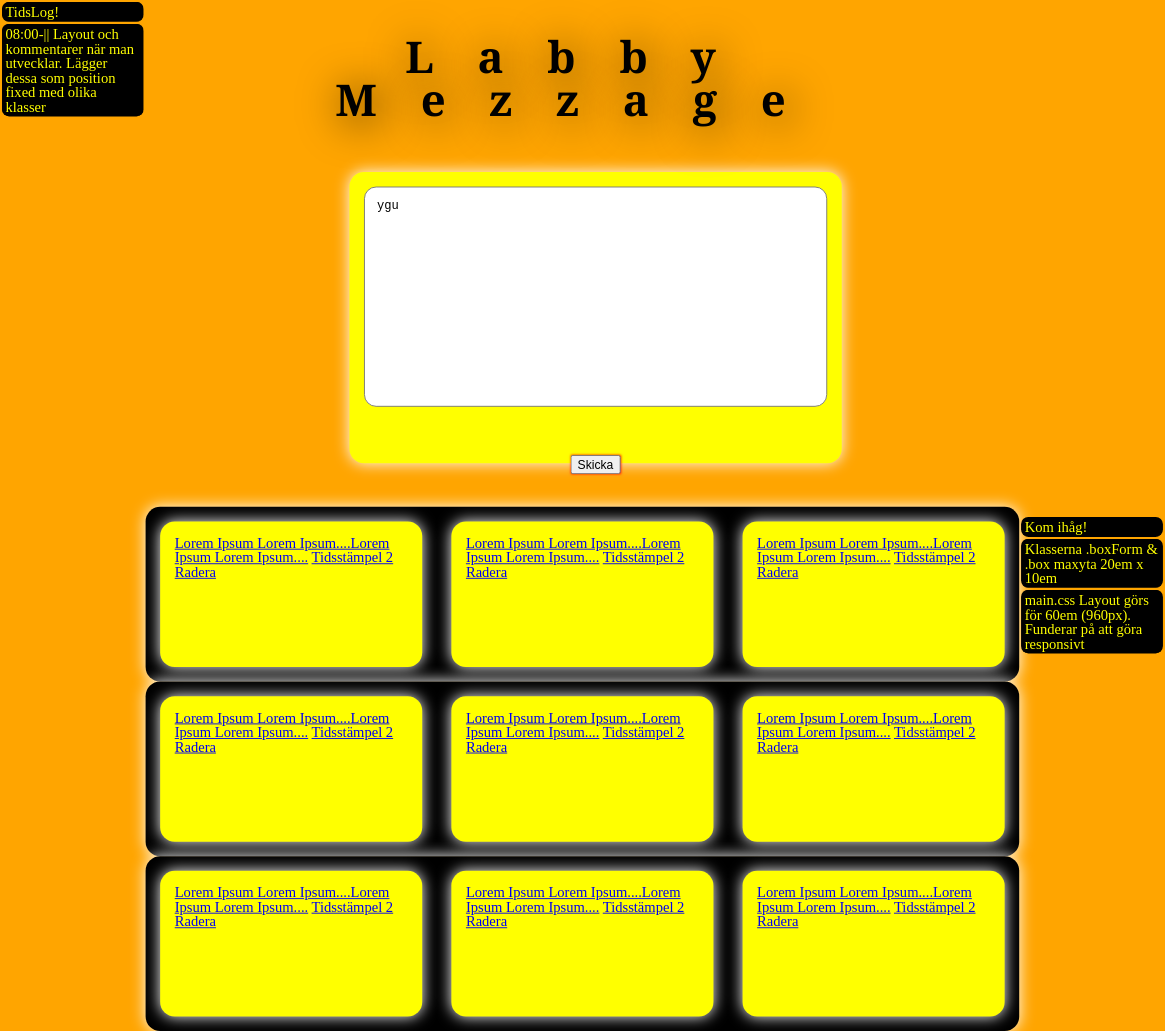
Repository: AndreasAnemyrLNU/1dv403-laborationer-AA223IG
Page: 2-labbymezzage/index.html
The author's editor kept a record of every edit. The page is drawn from the files as they stood at one moment, then again after the next edit.
The browser window is 1280 px wide. The pictures show the whole page, at 91% of full size.

Above is the page before.

### 2-labbymezzage/index.html
<!DOCTYPE html>
<html lang="sv">
    <head>
        <link rel="stylesheet" href="css/main.css" type="text/css" />
        <meta charset="utf-8">
    </head>
    <body>
<!--******************************************************************************************-->
<!--******************************************************************************************-->
        <div class="z fixedRight fixedBottom">
            <p>Kom ihåg!</p>
            <p>Klasserna .boxForm & .box maxyta 20em x 10em</p>
            <p>main.css Layout görs för 60em (960px). Funderar på att göra responsivt</p>
        </div>

        <div class="z">
            <p>TidsLog!</p>
            <p>08:00-|| Layout och kommentarer när man utvecklar. Lägger dessa som position fixed med olika klasser</p>
        </div>
<!--******************************************************************************************-->
<!--******************************************************************************************-->

        <div id="Wrapper">

                <h1>Labby Mezzage</h1>

                <div class="formContainer">
                    <div class="boxForm">
                        <form id="messageForm">
                            <textarea>ygu</textarea>
                            <input id="submit" type="submit" value="Skicka"/>
                        </form>
                    </div>
                </div>

                <div class="messageBoard">

                    <div class="messageContainer">

                        <div class="box">
                            <article class="message">
                                <a class="message block" href="#">Lorem Ipsum Lorem Ipsum....Lorem Ipsum Lorem Ipsum....</a>
                                <a href="#">Tidsstämpel 2 </a><a href="#">Radera</a>
                            </article>
                        </div>

                        <div class="box">
                            <article class="message">
                                <a class="message block" href="#">Lorem Ipsum Lorem Ipsum....Lorem Ipsum Lorem Ipsum....</a>
                                <a href="#">Tidsstämpel 2 </a><a href="#">Radera</a>
                            </article>
                        </div>

                        <div class="box">
                            <article class="message">
                                <a class="message block" href="#">Lorem Ipsum Lorem Ipsum....Lorem Ipsum Lorem Ipsum....</a>
                                <a href="#">Tidsstämpel 2 </a><a href="#">Radera</a>
                            </article>
                        </div>

                    </div>

                    <div class="messageContainer">

                        <div class="box">
                            <article class="message">
                                <a class="message block" href="#">Lorem Ipsum Lorem Ipsum....Lorem Ipsum Lorem Ipsum....</a>
                                <a href="#">Tidsstämpel 2 </a><a href="#">Radera</a>
                            </article>
                        </div>

                        <div class="box">
                            <article class="message">
                                <a class="message block" href="#">Lorem Ipsum Lorem Ipsum....Lorem Ipsum Lorem Ipsum....</a>
                                <a href="#">Tidsstämpel 2 </a><a href="#">Radera</a>
                            </article>
                        </div>

                        <div class="box">
                            <article class="message">
                                <a class="message block" href="#">Lorem Ipsum Lorem Ipsum....Lorem Ipsum Lorem Ipsum....</a>
                                <a href="#">Tidsstämpel 2 </a><a href="#">Radera</a>
                            </article>
                        </div>

                    </div>

                    <div class="messageContainer">

                        <div class="box">
                            <article class="message">
                                <a class="message block" href="#">Lorem Ipsum Lorem Ipsum....Lorem Ipsum Lorem Ipsum....</a>
                                <a href="#">Tidsstämpel 2 </a><a href="#">Radera</a>
                            </article>
                        </div>

                        <div class="box">
                            <article class="message">
                                <a class="message block" href="#">Lorem Ipsum Lorem Ipsum....Lorem Ipsum Lorem Ipsum....</a>
                                <a href="#">Tidsstämpel 2 </a><a href="#">Radera</a>
                            </article>
                        </div>

                        <div class="box">
                            <article class="message">
                                <a class="message block" href="#">Lorem Ipsum Lorem Ipsum....Lorem Ipsum Lorem Ipsum....</a>
                                <a href="#">Tidsstämpel 2 </a><a href="#">Radera</a>
                            </article>
                        </div>

                    </div>

                </div>




        </div>

        <!--<script type="text/javascript" src="js/addEvent.js"></script>-->
        <script type="text/javascript" src="js/run.js"></script>
        <script type="text/javascript" src="js/Message.js"></script>
    </body>
</html>

### 2-labbymezzage/css/main.css
/*Optimized for 960px width*/

/*ColorScheme*/


/* http://meyerweb.com/eric/tools/css/reset/
   v2.0 | 20110126
   License: none (public domain)
*/

html, body, div, span, applet, object, iframe,
h1, h2, h3, h4, h5, h6, p, blockquote, pre,
a, abbr, acronym, address, big, cite, code,
del, dfn, em, img, ins, kbd, q, s, samp,
small, strike, strong, sub, sup, tt, var,
b, u, i, center,
dl, dt, dd, ol, ul, li,
fieldset, form, label, legend,
table, caption, tbody, tfoot, thead, tr, th, td,
article, aside, canvas, details, embed,
figure, figcaption, footer, header, hgroup,
menu, nav, output, ruby, section, summary,
time, mark, audio, video {
	margin: 0;
	padding: 0;
	border: 0;
	font-size: 100%;
	font: inherit;
	vertical-align: baseline;
}
/* HTML5 display-role reset for older browsers */
article, aside, details, figcaption, figure,
footer, header, hgroup, menu, nav, section {
	display: block;
}
body {
	line-height: 1;
}
ol, ul {
	list-style: none;
}
blockquote, q {
	quotes: none;
}
blockquote:before, blockquote:after,
q:before, q:after {
	content: '';
	content: none;
}
table {
	border-collapse: collapse;
	border-spacing: 0;
}

/*END OF MEYER'S RESET*/

body{
    background-color:orange;
}

form{
    float: left;
}
h1{
    font-family: georgia;
    font-size: 3em;
    font-weight: 700;
    letter-spacing: 1em;
    padding: .8em;
    text-align: center;
    text-shadow: black .1em .1em 1em;
}
input[type="submit"]{
    box-shadow: red 0 0 .2em;
    clear: both;
    float: left;
    margin: 4em 17em;

}
textarea{
    border-radius: 1em;
    float: left;
    height: 16em;
    overflow:hidden;
    padding: 1em;
    resize: none;
    width: 36em;
}
#Wrapper{
    background-color: orange;
    display: block;
    margin: auto;
    width: 60em;
}
/* height 10em, width 20em */
.box{
    /*border: 0.0625em solid black*/ ;
    border-radius: 1em;
    background-color: yellow;
    box-shadow: white 0 0 1em;
    float: left;
    height: 8em;
    padding: 1em;
    transform: scale(1);
    transition-duration: 2s;
    margin: 1em;
    width: 16em;
}
.box:hover{
    box-shadow: red 0 0 .1250;
    transform: scale(1.05, 1.05);
    transition-duration: .7s;

}
.boxForm{
    /*border: 0.0625em solid black*/ ;
    border-radius: 1em;
    background-color: yellow;
    box-shadow: white 0 0 1em;
    float: left;
    height: 18em;
    padding: 1em;
    transition-duration: .7s;
    margin: 1em 0 3em 0;
}
.fixedBottom{
    bottom: 0;
}
.fixedRight{
    right: 0;
}
.messageBoard{
    display: block;
    clear: both;
}
.formContainer{
    margin: auto;
    width: 32em;
}
.messageContainer{
    background-color: black;
    border-radius: 1em;
    box-shadow: white 0 0 1em;
    clear: both;
    overflow: auto;
    transition-duration: 1.5s;
}
.messageContainer:hover{
    box-shadow: white 0 0 0;
    transition-duration: 1.5s;
}

/*Comments for developer*/
.z{
    position: fixed;
    width: 10em;
}
.z p{
    background-color: black;
    border: .1250em solid black;
    border-radius: .5em;
    color: yellow;
    border-bottom: none;
    margin: .1250em;
    padding: .1250em;
}

### 2-labbymezzage/js/run.js
"use strict";


var run = {

    messages:   [],

    init:       function(){


    var submit = document.getElementById("submit");
    submit.addEventListener("click", run.createMessage, false);
    },

    createMessage:  function(){
    run.messages.push(new Message( document.getElementById("messageInputArea").value , new Date()));
    console.log(run.messages[0].toString());
    },

};

window.onload = run.init;

### 2-labbymezzage/js/Message.js
"use strict";

//Start - Message constructor***************************\\

function Message(message, date){

    this.getText = function(){
        return message;
    };

    this.setText = function (_text){
        message = _text;
    };

    this.getDate = function(){
        return date;
    };

    this.setDate = function (_date){
        message = _date;
    };



}

//*****************************Message constructor - End\\
//******************************************************\\
//Start - Message.prototype*****************************\\

Message.prototype.toString = function(){
    return this.getText()+" ("+this.getDate()+")";
};

Message.prototype.HTMLText = function(){
    alert("getHTMLText in Message not implemented!");
};

//***********************Start - Message.prototype - End\\

After the next edit:
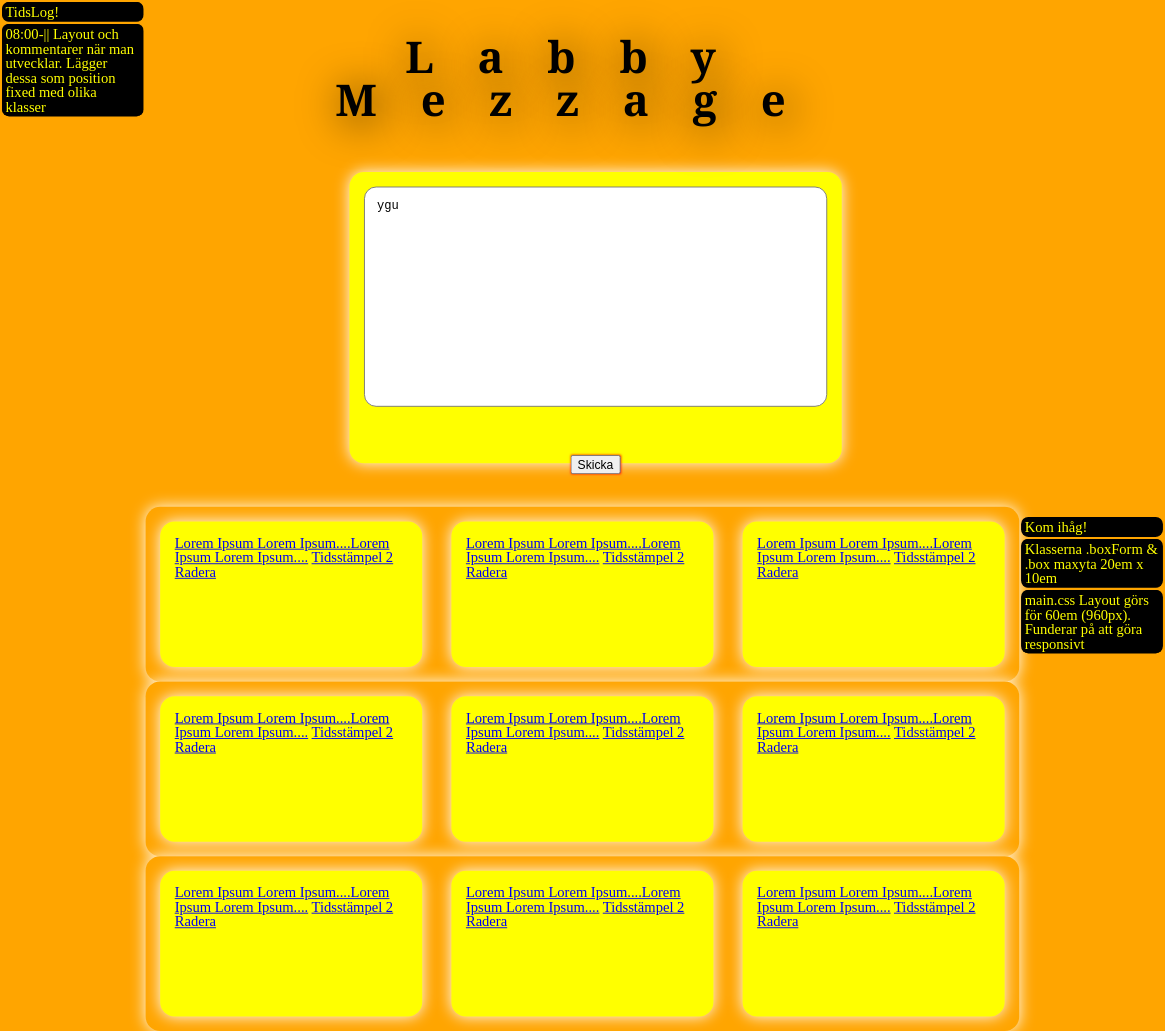
The edit:
--- a/2-labbymezzage/css/main.css
+++ b/2-labbymezzage/css/main.css
@@ -138,7 +138,7 @@
     width: 32em;
 }
 .messageContainer{
-    background-color: black;
+    background-color: orange;
     border-radius: 1em;
     box-shadow: white 0 0 1em;
     clear: both;
